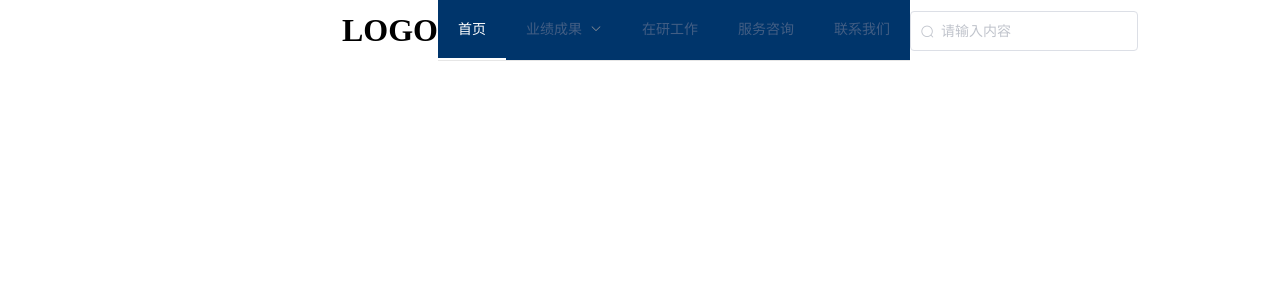
Repository: BLSY/xzust
Page: /
These files come from the project's save history. The page is drawn as it stood at one moment and after the next save; the edit follows.
The browser window is 1280 px wide. The pictures show the whole page.
The project was rebuilt for these pictures with package versions that can differ from the ones it lists, and the page was loaded fresh each time.

Above is the page before, as saved 2022-11-26 20:29:59.

### index.html
<!DOCTYPE html>
<html>
  <head>
    <meta charset="utf-8">
    <meta name="viewport" content="width=device-width,initial-scale=1.0">
    <title>student</title>
  </head>
  <body style="margin:0;">
    <div id="app"></div>
    <!-- built files will be auto injected -->
  </body>
</html>

### src/main.js
// The Vue build version to load with the `import` command
// (runtime-only or standalone) has been set in webpack.base.conf with an alias.
import Vue from 'vue'
import App from './App'
import ElementUI from 'element-ui';
import 'element-ui/lib/theme-chalk/index.css';
import router from './router'

Vue.use(ElementUI);
Vue.config.productionTip = false

/* eslint-disable no-new */
new Vue({
  el: '#app',
  router,
  components: { App },
  template: '<App/>'
})

### src/App.vue
<template>
  <div id="app">
    <router-view/>
  </div>
</template>

<script>
export default {
  name: 'App'
}
</script>

<style>
#app {

}
</style>

### src/components/HelloWorld.vue
<template>
  <div class="indexBox">
    <div class="nav">
      <div class="login">LOGO</div>
      <div class="navList">
        <el-menu
          :default-active="activeIndex2"
          class="el-menu-demo"
          mode="horizontal"
          @select="handleSelect"
          background-color="#00356B"
          text-color="#425E84"
          active-text-color="#fff"
        >
          <el-menu-item index="1">首页</el-menu-item>
          <el-submenu index="2">
            <template slot="title">业绩成果</template>
            <el-menu-item index="2-1">选项1</el-menu-item>
            <el-menu-item index="2-2">选项2</el-menu-item>
            <el-menu-item index="2-3">选项3</el-menu-item>
          </el-submenu>
          <el-menu-item index="3">在研工作</el-menu-item>
          <el-menu-item index="4">服务咨询</el-menu-item>
          <el-menu-item index="5">联系我们</el-menu-item>
        </el-menu>
      </div>
      <div class="serch">
        <el-input
          placeholder="请输入内容"
          prefix-icon="el-icon-search"
          v-model="input2"
        >
        </el-input>
      </div>
    </div>
  </div>
</template>

<script>
export default {
  name: "HelloWorld",
  data() {
    return {
      activeIndex2: "1",
      input2: "",
    };
  },
  props: {
    msg: String,
  },
  methods: {
    handleSelect(key, keyPath) {
      console.log(key, keyPath);
    },
  },
};
</script>

<!-- Add "scoped" attribute to limit CSS to this component only -->
<style scoped >
.indexBox {
  width: 100%;
  height: 100%;
  position: relative;


}
.nav {
  width: 100%;
  display: flex;
  justify-content: center;
  align-items: center;
}
.login {
  display: inline-block;
  font-size: 32px;
  font-weight: bold;
  font-family: MicrosoftYaHei;
  margin-left: 200px;
}
.navList{
  display: inline-block;
}
.serch{
  display: inline-block;
}
</style>

Loaded but not shown: src/router/index.js (common file)

After the next save:
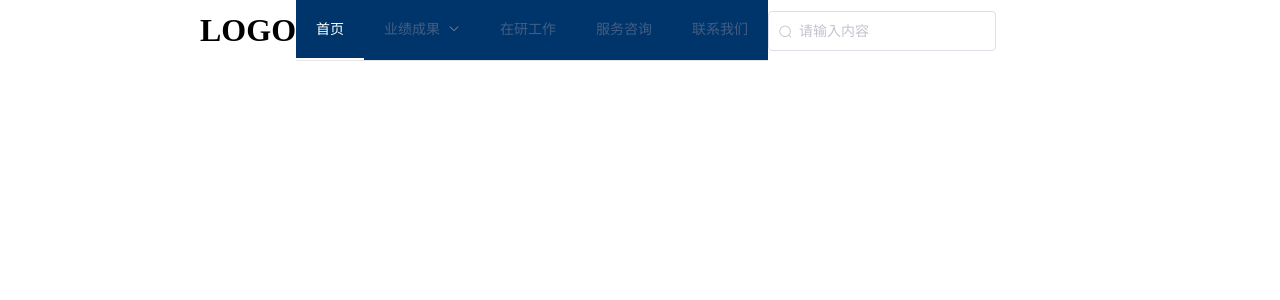
Saved 18 s later.
--- a/src/components/HelloWorld.vue
+++ b/src/components/HelloWorld.vue
@@ -68,7 +68,6 @@ export default {
 .nav {
   width: 100%;
   display: flex;
-  justify-content: center;
   align-items: center;
 }
 .login {
